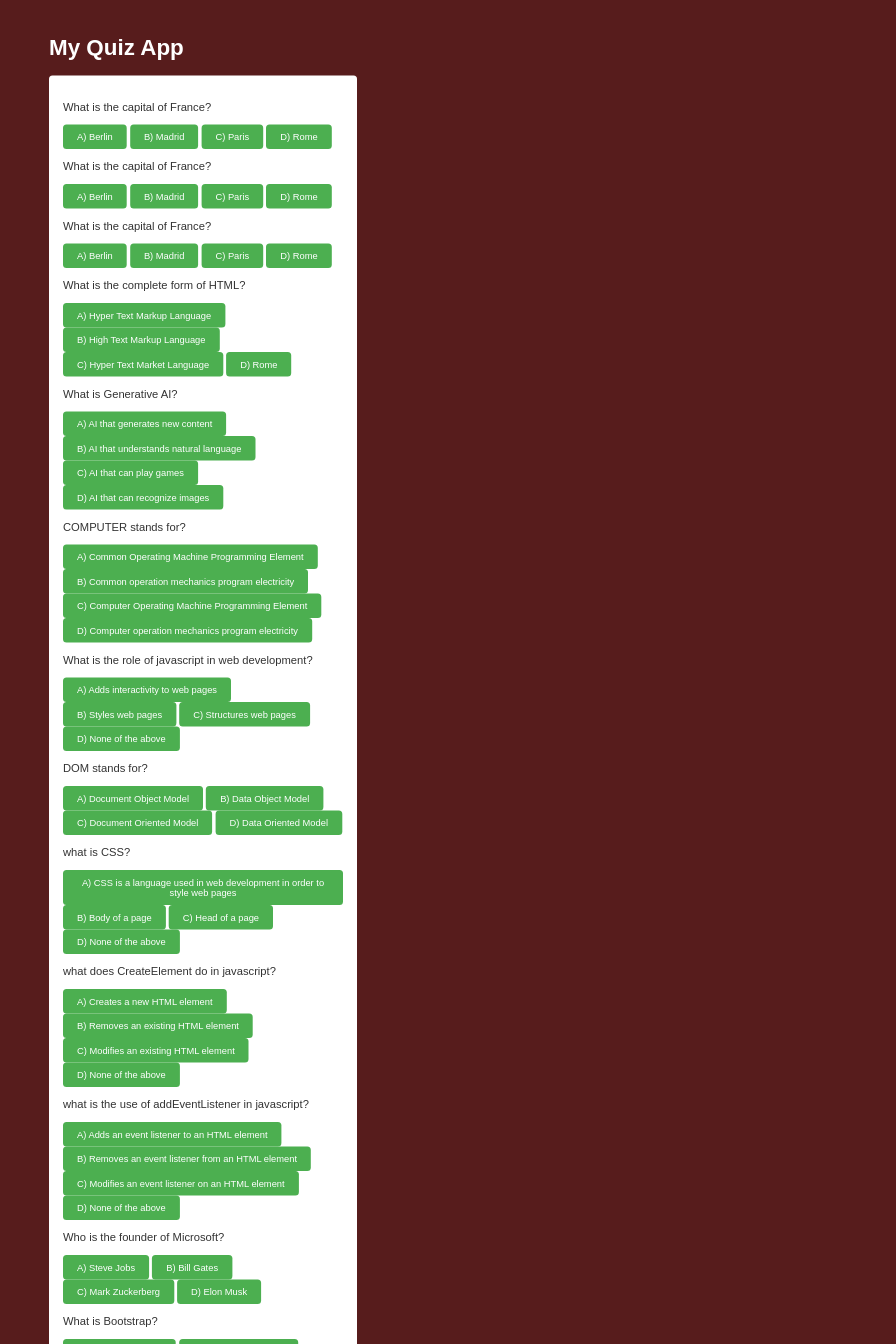
Repository: fatimaqueen9967-eng/SyntacexhubQuizApp
Page: index.html
An editor plug-in stored every save of this project. The page is shown before and after a run of saves, followed by the edit.
The browser window is 1280 px wide. The pictures show the part of the page from y = 0 to 1920 px (the page is 2171 px tall before and 6621 px after), at 70% of full size.

Above is the page before, as saved 2026-03-15 06:23:36.

After the next 2 saves:
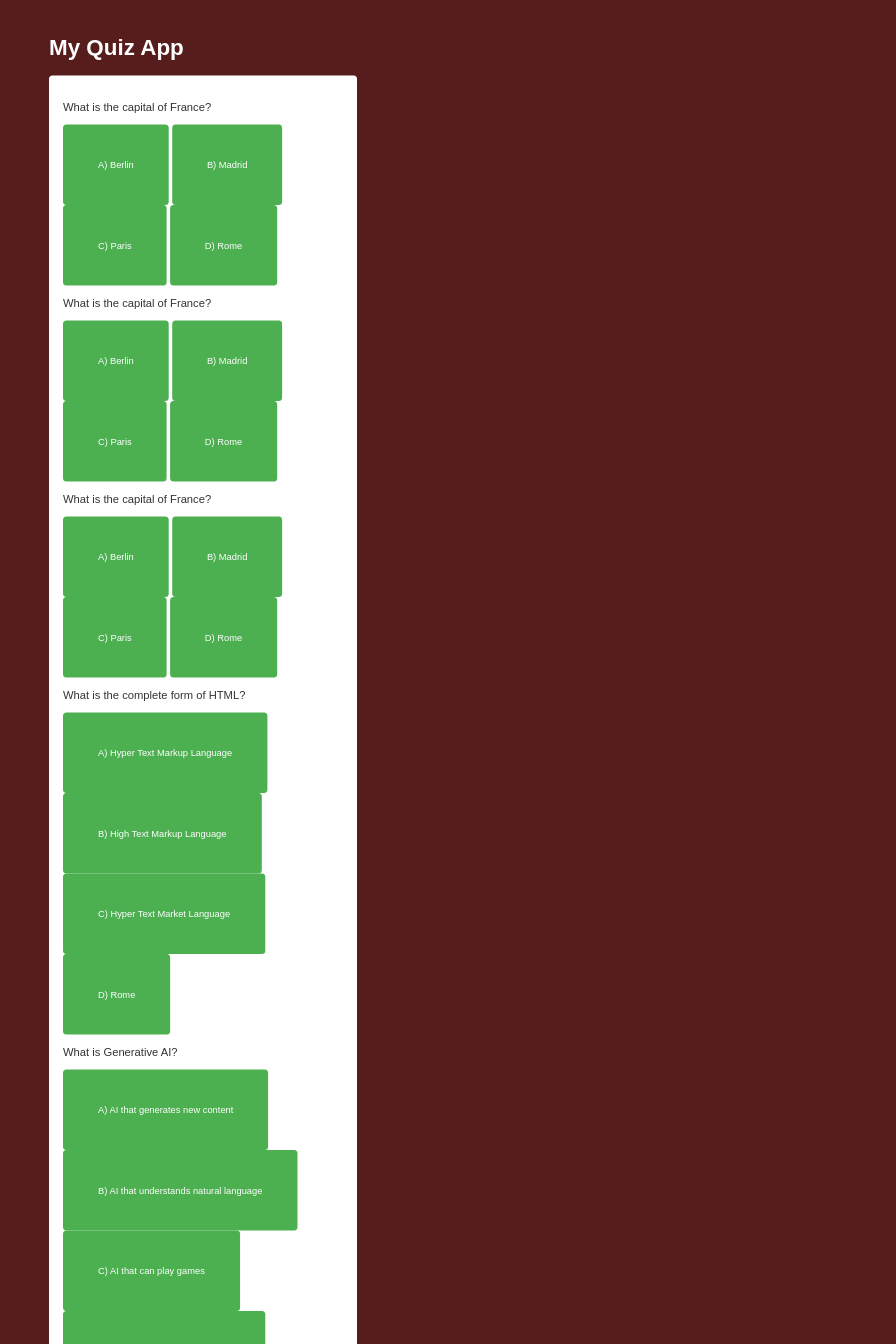
The 2 saves are shown as one change because they came seconds apart.
The last was saved 15 s later.
--- a/style.css
+++ b/style.css
@@ -26,7 +26,7 @@ h1 {
 button {
     background-color: #4CAF50;
     color: white;
-    padding: 10px 20px;
+    padding: 50px;
     border: none;
     border-radius: 5px;
     cursor: pointer;
